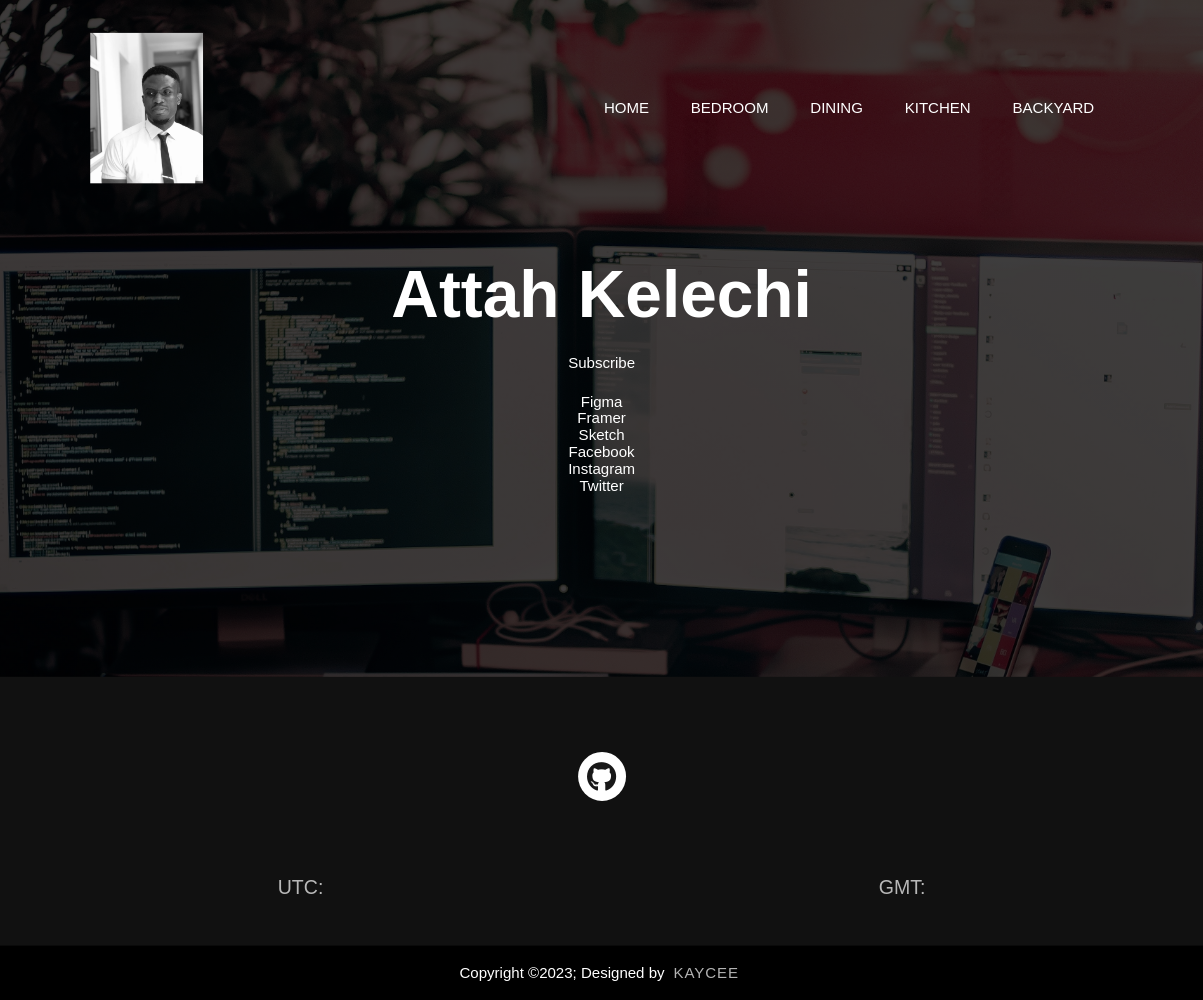
Repository: Kaycee-attah/HNG-Internship_2023
Page: index.html
The author's editor kept a copy of each file at every save. The page is drawn from the files as they stood at one save, then again after the next save.
The browser window is 1280 px wide. The pictures show the whole page, at 94% of full size.

Above is the page before, as saved 2023-09-07 03:45:42.

### index.html
<!DOCTYPE html>
<html lang="en">
<head>
    <meta charset="UTF-8">
    <meta name="viewport" content="width=device-width, initial-scale=1.0">
    <title>How to make a website - Easy tutorial</title>
    <link rel="stylesheet" href="style.css">
    <link rel="stylesheet" href="https://cdnjs.cloudflare.com/ajax/libs/font-awesome/6.4.2/css/all.min.css" integrity="sha512-z3gLpd7yknf1YoNbCzqRKc4qyor8gaKU1qmn+CShxbuBusANI9QpRohGBreCFkKxLhei6S9CQXFEbbKuqLg0DA==" crossorigin="anonymous" referrerpolicy="no-referrer" />
</head>
<body>
    <div class="banner">
        <div class="navbar">
            <img class="logo" src="slack_DP.JPG" alt="Kaycee" data-testid="slackDisplayImage">
            <ul>
                <li><a href="#">Home</a></li>
                <li><a href="#">Bedroom</a></li>
                <li><a href="#">Dining</a></li>
                <li><a href="#">Kitchen</a></li>
                <li><a href="#">Backyard</a></li>
            </ul>
        </div>
    </div>
    <div class="content">
        <h1 data-testid="slackUserName">Attah Kelechi</h1>
        <p>Subscribe</p>
        <div class="dropdown">
            <div class="select">
                <span class="selected">Figma</span>
                <div class="caret"></div>
            </div>
            <ul class="menu">
                <li>Framer </li>
                <li>Sketch </li>
            </ul>
            <div class="select">
                <span class="selected">Facebook</span>
                <div class="caret"></div>
            </div>
            <ul class="menu">
                <li>Instagram </li>
                <li>Twitter </li>
            </ul>
            <!-- <button type="button"><span class="btn"></span> MORE</button>
            <button type="button"><span class="btn"></span>SUBSCRIBE</button> -->
        </div>
    </div>
    <footer>
        <div class="footer_Container">
            <div class="social-icon">
                <a href=""><i class="fa-brands fa-github"></i></a>
            </div>

        </div>
        <div class="footer_Info">
            <ul>
                <li>UTC: </li>
                <li>GMT: </li>
            </ul>
        </div>
        <div class="footer_Bottom">
            <p>Copyright &copy;2023; Designed by <span class="designer">Kaycee</span></p>
        </div>
    </footer>

    <script src="script.js"></script>
</body>

</html>

### style.css
*{
    margin: 0;
    padding: 0;
    font-family: sans-serif;

}
body{
    background-image: linear-gradient(rgba(0,0,0,0.75), rgba(0,0,0,0.75)), url(IMG_6759.JPG);
    background-size: cover;
    background-position: center;
}

.banner{
    width: 100%;
    height: 100vh;


}
.navbar{
    width: 85%;
    margin: auto;
    padding: 35px 0;
    display: flex;
    align-items: center;
    justify-content: space-between;
}
.logo{
    width: 120px;
    cursor: pointer;
}
.navbar ul li{
    list-style: none;
    display: inline-block;
    margin: 0 20px;
    position: relative;
}
.navbar ul li a{
    text-decoration: none;
    color: #fff;
    text-transform: uppercase;
}
.navbar ul li::after{
    content: "";
    height: 3px;
    width: 0;
    background: #009688;
    position: absolute;
    left: 0;
    bottom: -10px;
    transition: 0.5s;
}
.navbar ul li:hover::after{
    width: 100%;
}
.content{
    width: 100%;
    position: absolute;
    top: 50%;
    transform: translateY(-50%);
    text-align: center;
    color: #fff;
}
.content h1{
    font-size: 70px;
    margin-top: 80px;
}
.content p{
    margin: 20px auto;
    font-weight: 100;
    line-height: 25px;
}
button{
    width: 200px;
    padding: 15px 0;
    text-align: center;
    margin: 20px 10px;
    border-radius: 25px;
    font-weight: bold;
    border: 2px solid #009688;
    background: transparent;
    color: #fff;
    cursor: pointer;
    position: relative;
    overflow: hidden;
}
.btn{
    background: #009688;
    height: 100%;
    width: 0;
    border-radius: 25px;
    position: absolute;
    left: 0;
    bottom: 0;
    z-index: -1;
    transition: 0.5s;
}
button:hover span{
    width: 100%;
}
footer{
    background-color: #111;
    width: 100%;
}
.footer_Container{
    /* width: 100%; */
    padding: 70px 30px 20px;
}
.social-icon{
    display: flex;
    justify-content: center;
}
.social-icon a{
    text-decoration: none;
    padding: 10px;
    background-color: white;
    margin: 10px;
    border-radius: 50%;
}
.social-icon a i{
    font-size: 2em;
    color: black;
    opacity: 0.9;
}


.social-icon a:hover{
    background-color: #111;
    transition: 0.5s;
}
.social-icon a:hover i{
    background-color: white;
    transition: 0.5s;
}
.footer_Info{
    margin: 30px 0;
}
.footer_Info ul{
    display: flex;
    justify-content: space-around;
}
.footer_Info ul li{
    color: white;
    margin: 20px;
    text-decoration: none;
    list-style: none;
    font-size: 1.3em;
    opacity: 0.7;
    transition: 0.5s;
}

.footer_Bottom {
    background-color: #000;
    padding: 20px;
    text-align: center;
}
.footer_Bottom p{
    color: white;

}
.designer{
    opacity: 0.7;
    text-transform: uppercase;
    letter-spacing: 1px;
    font-weight: 400;
    margin: 0px 5px;
    /* position: fixed; */
}

@media (max-width: 700px){
    .footer_Info ul{
        flex-direction: column;
    }
    .footer_Info ul li{
        width: 100%;
        text-align: center;
        margin: 10px 0;
    }
}

### script.js
const now = new Date();
const day = now.getDay();
const hours = now.getHours();
const minutes = now.getMinutes();
const UTCtimeStamp = now.getTime();
const GMTdate_and_time = now.toUTCString();
const daysOfWeek = [
    "Sunday",
    "Monday",
    "Tuesday",
    "Wednesday",
    "Thursday",
    "Friday",
    "Saturday"
]
const today = daysOfWeek[day];
const UTC = now.getUTCMilliseconds();
console.log("Current day of the week:", today)
console.log("UTC:", UTC)

console.log("UTCtimeStamp:", UTCtimeStamp)
console.log("GMTdate_and_time:", GMTdate_and_time)

After the next save:
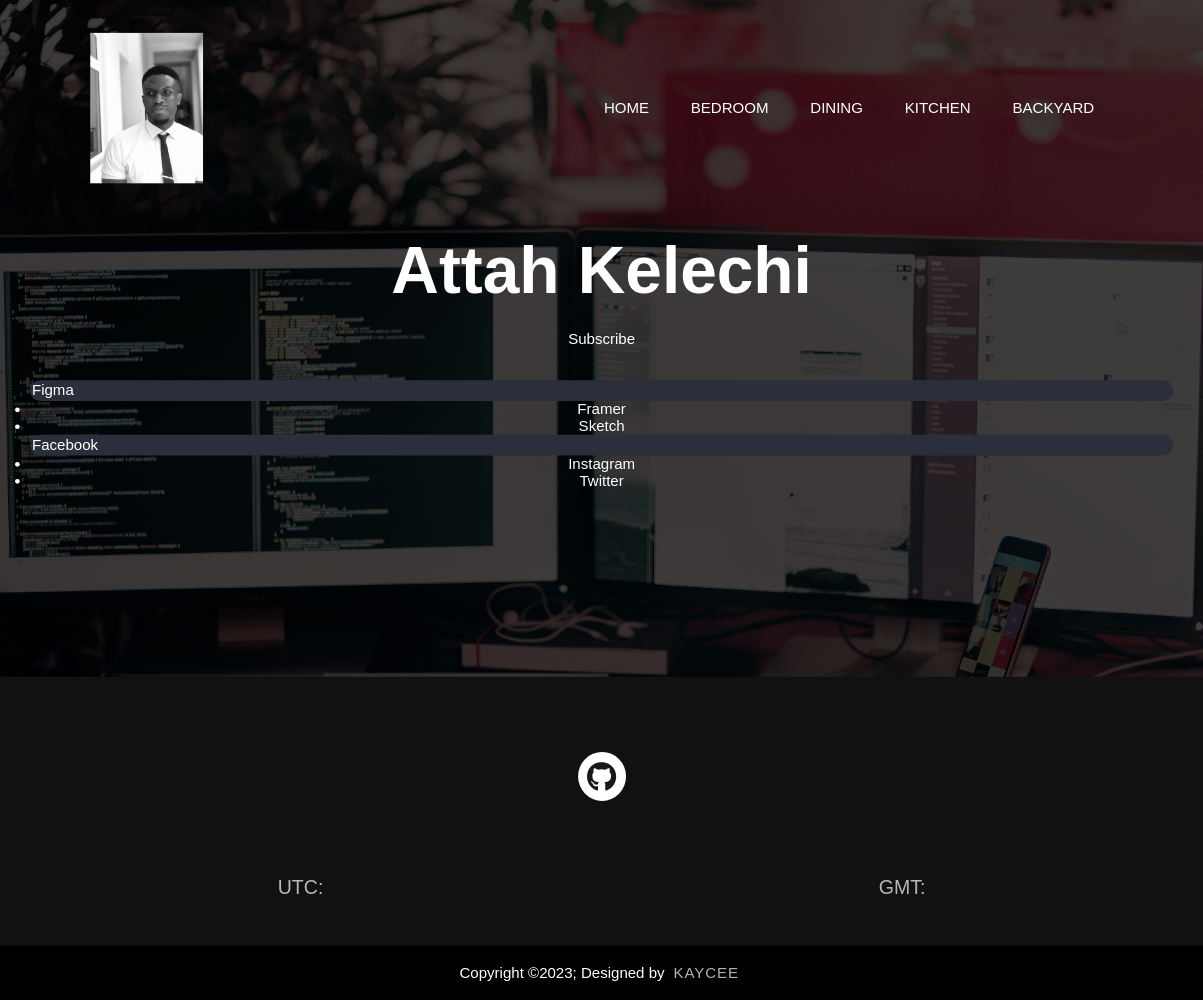
Saved 5 min 59 s later.
--- a/style.css
+++ b/style.css
@@ -68,6 +68,26 @@ body{
     margin: 20px auto;
     font-weight: 100;
     line-height: 25px;
+}
+.dropdown{
+    min-width: 15em;
+    position: relative;
+    margin: 2em;
+}
+.dropdown *{
+    box-sizing: border-box;
+}
+
+.select{
+    background: #2a2f3b;
+    color: #fff;
+    display: flex;
+    justify-content: space-between;
+    align-items: center;
+    border: 2px #2a2f3b solid;
+    border-radius: 1em;
+    cursor: pointer;
+    transition: background 0.3s;
 }
 button{
     width: 200px;
